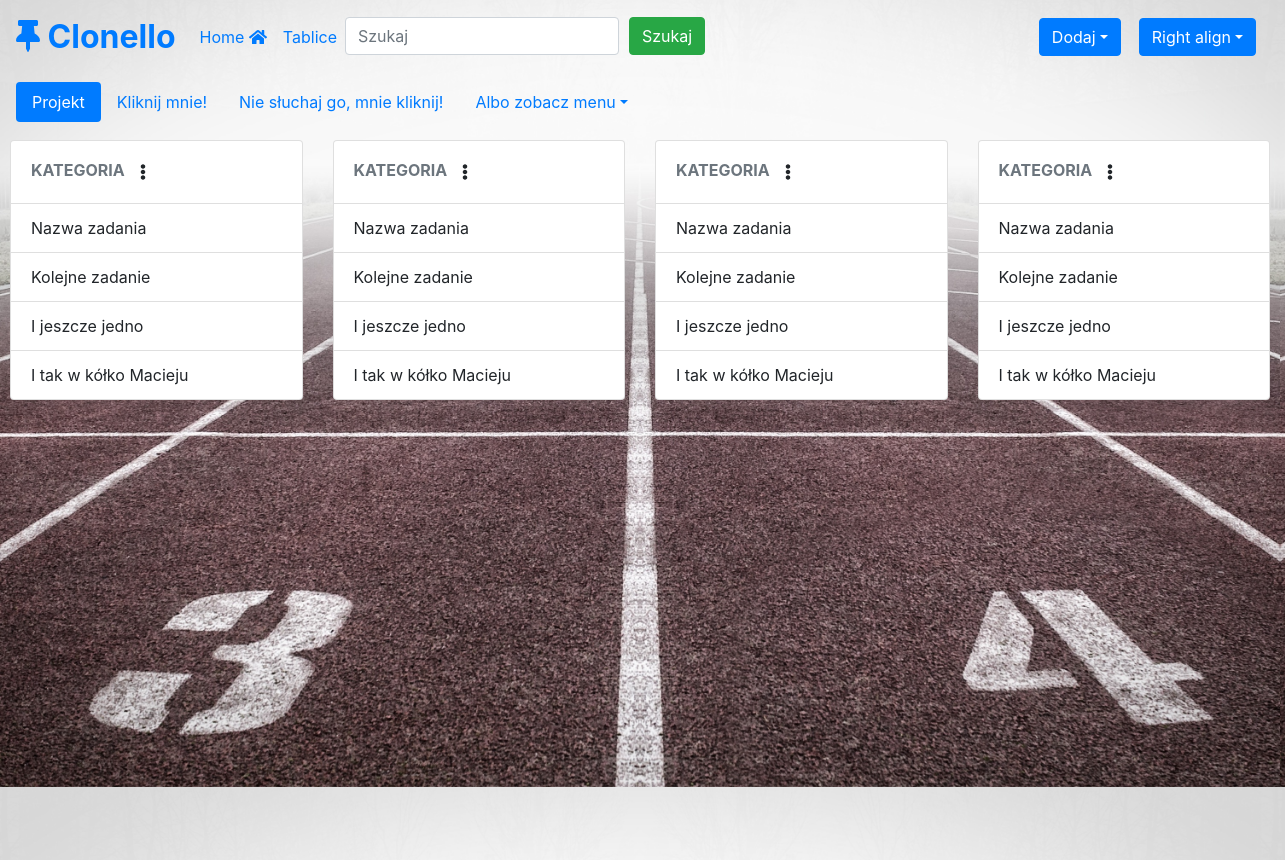
Repository: jnehlt/PAW-lab
Page: / (app in Frontend/clonello/)
The author's editor kept a copy of each file at every save. The page is drawn from the files as they stood at one save, then again after the next save.
The browser window is 1280 px wide. The page is 1285 px wide, so the pictures cover 1285 px, including what lies to the right of the window. The pictures show the whole page.
The project was rebuilt for these pictures with package versions that can differ from the ones it lists, and the page was loaded fresh each time.

Above is the page before, as saved 2020-04-24 22:51:05.

After the next save:
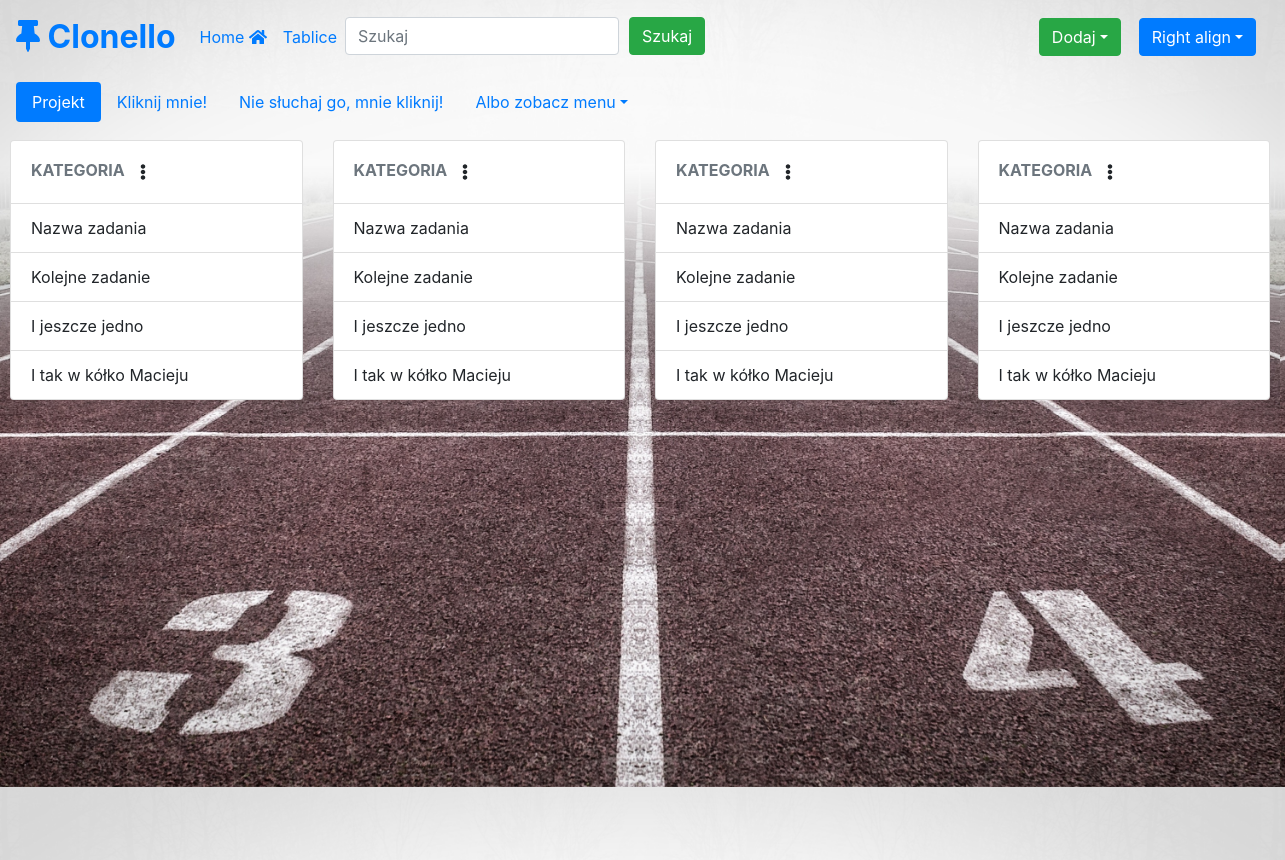
Saved 7 s later.
--- a/Frontend/clonello/src/components/TopHeader.vue
+++ b/Frontend/clonello/src/components/TopHeader.vue
@@ -22,7 +22,7 @@
         </ul>
         <ul class="navbar-right navbar-nav">
           <li>
-            <b-dropdown id="dropdown-right" right text="Dodaj" variant="primary" class="m-2">
+            <b-dropdown id="dropdown-right" right text="Dodaj" variant="success" class="m-2">
               <b-dropdown-item href="#">Action</b-dropdown-item>
               <b-dropdown-item href="#">Another action</b-dropdown-item>
               <b-dropdown-item href="#">Something else here</b-dropdown-item>
